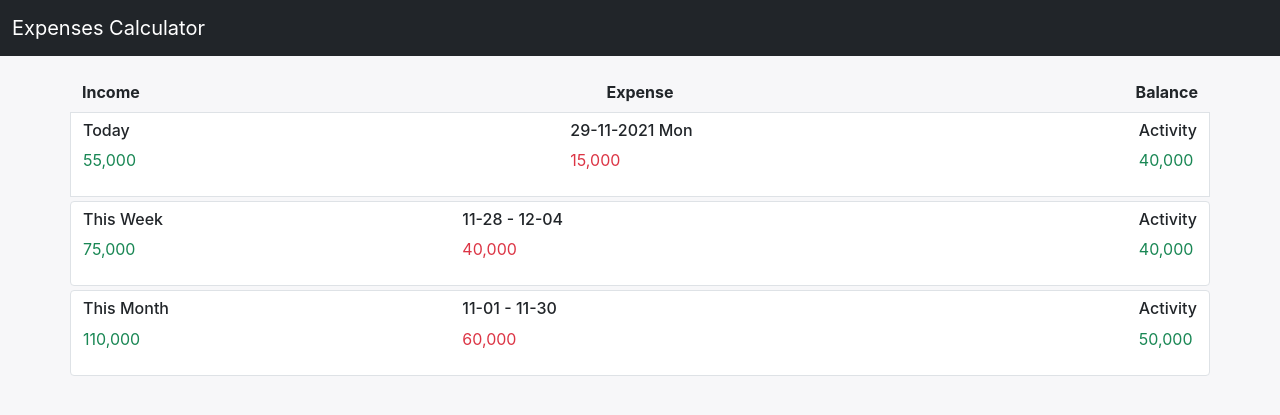
Repository: eidankhan/expenses-calculator
Page: /
These files come from the project's save history. The page is drawn as it stood at one moment and after the next save; the edit follows.
The browser window is 1280 px wide. The pictures show the whole page.
The project was rebuilt for these pictures with package versions that can differ from the ones it lists, and the page was loaded fresh each time. Also part of the build but not shown: src/components/SaveIncome.js.

Above is the page before, as saved 2021-11-29 18:24:09.

### public/index.html
<!DOCTYPE html>
<html lang="en">
  <head>
    <meta charset="utf-8" />
    <link rel="icon" href="%PUBLIC_URL%/favicon.ico" />
    <meta name="viewport" content="width=device-width, initial-scale=1" />
    <meta name="theme-color" content="#000000" />
    <meta
      name="description"
      content="Web site created using create-react-app"
    />
    <link rel="apple-touch-icon" href="%PUBLIC_URL%/logo192.png" />
    <link rel="manifest" href="%PUBLIC_URL%/manifest.json" />
    <!-- CSS only -->
    <link
      href="https://cdn.jsdelivr.net/npm/bootstrap@5.1.3/dist/css/bootstrap.min.css"
      rel="stylesheet"
      integrity="sha384-1BmE4kWBq78iYhFldvKuhfTAU6auU8tT94WrHftjDbrCEXSU1oBoqyl2QvZ6jIW3"
      crossorigin="anonymous"
    />
    <title>Shopping Cart App</title>
  </head>
  <body>
    <noscript>You need to enable JavaScript to run this app.</noscript>
    <div id="root"></div>
    <!-- JavaScript Bundle with Popper -->
    <script
      src="https://cdn.jsdelivr.net/npm/bootstrap@5.1.3/dist/js/bootstrap.bundle.min.js"
      integrity="sha384-ka7Sk0Gln4gmtz2MlQnikT1wXgYsOg+OMhuP+IlRH9sENBO0LRn5q+8nbTov4+1p"
      crossorigin="anonymous"
    ></script>
  </body>
</html>

### src/index.css
body {
  margin: 0;
  font-family: -apple-system, BlinkMacSystemFont, 'Segoe UI', 'Roboto', 'Oxygen',
    'Ubuntu', 'Cantarell', 'Fira Sans', 'Droid Sans', 'Helvetica Neue',
    sans-serif;
  -webkit-font-smoothing: antialiased;
  -moz-osx-font-smoothing: grayscale;
}

code {
  font-family: source-code-pro, Menlo, Monaco, Consolas, 'Courier New',
    monospace;
}

body{
  background-color: #F7F7F9;
}

### src/App.js
// import {
//   BrowserRouter as Router,
//   Routes,
//   Route,
// } from "react-router-dom";

import { IncomeSummary } from "./components/IncomeSummary";
import { Navbar } from "./components/Navbar";
import { SaveIncome } from "./components/SaveIncome";

function App() {
  return (
    <>
      <Navbar />
      <div className="container my-3">
        {/* <SaveIncome/> */}
        <IncomeSummary/>
      </div>
    </>
  );
}

export default App;

### src/components/IncomeSummary.js
import React from "react";

export const IncomeSummary = () => {
  return (
    <div className="my-3">
      <div className="row">
        <div className="col-md-4 my-2">
          <strong>Income</strong>
        </div>
        <div className="col-md-4 my-2 text-center">
          <strong>Expense</strong>
        </div>
        <div className="col-md-4 my-2">
          <strong className="float-end">Balance</strong>
        </div>
      </div>
      <div className="row border rounder" style={{ backgroundColor: "white" }}>
        <div className="col-md-4 my-2" m>
          <h6> Today </h6>
          <p className="text-success"> 55,000</p>
        </div>
        <div className="col-md-4 my-2">
          <div className="float-end" style={{marginRight:"125px"}}>
            <h6> 29-11-2021 Mon </h6>
            <p className="text-danger"> 15,000</p>
          </div>
        </div>
        <div className="col-md-4 my-2">
          <div className="float-end">
          <h6> Activity </h6>
          <p className="text-success"> 40,000</p>
          </div>
        </div>
      </div>
      <div
        className="row border rounded my-1"
        style={{ backgroundColor: "white" }}
      >
        <div className="col-md-4 my-2">
          <div className="cards">
            <h6> This Week </h6>
            <p className="text-success"> 75,000</p>
          </div>
        </div>
        <div className="col-md-4 my-2">
          <h6> 11-28 - 12-04 </h6>
          <p className="text-danger"> 40,000</p>
        </div>
        <div className="col-md-4 my-2">
          <div className="float-end">
            <h6> Activity </h6>
            <p className="text-success"> 40,000</p>
          </div>
        </div>
      </div>
      <div
        className="row border rounded my-1"
        style={{ backgroundColor: "white" }}
      >
        <div className="col-md-4 my-2">
          <div className="cards">
            <h6> This Month </h6>
            <p className="text-success"> 110,000</p>
          </div>
        </div>
        <div className="col-md-4 my-2">
          <h6> 11-01 - 11-30 </h6>
          <p className="text-danger"> 60,000</p>
        </div>
        <div className="col-md-4 my-2">
          <div className="float-end">
            <h6> Activity </h6>
            <p className="text-success"> 50,000</p>
          </div>
        </div>
      </div>
    </div>
  );
};

### src/components/Navbar.js
import React from "react";

export const Navbar = () => {
  return (
    <nav className="navbar navbar-dark bg-dark">
      <div className="container-fluid">
        <a className="navbar-brand" href="/" > Expenses Calculator</a>

        {/* <form className="d-flex">
          <input
            className="form-control me-2"
            type="search"
            placeholder="Search"
            aria-label="Search"
          />
          <button className="btn btn-outline-success" type="submit">
            Search
          </button>
        </form> */}

      </div>
    </nav>
  );
};

Loaded but not shown: src/index.js (common file)

After the next save:
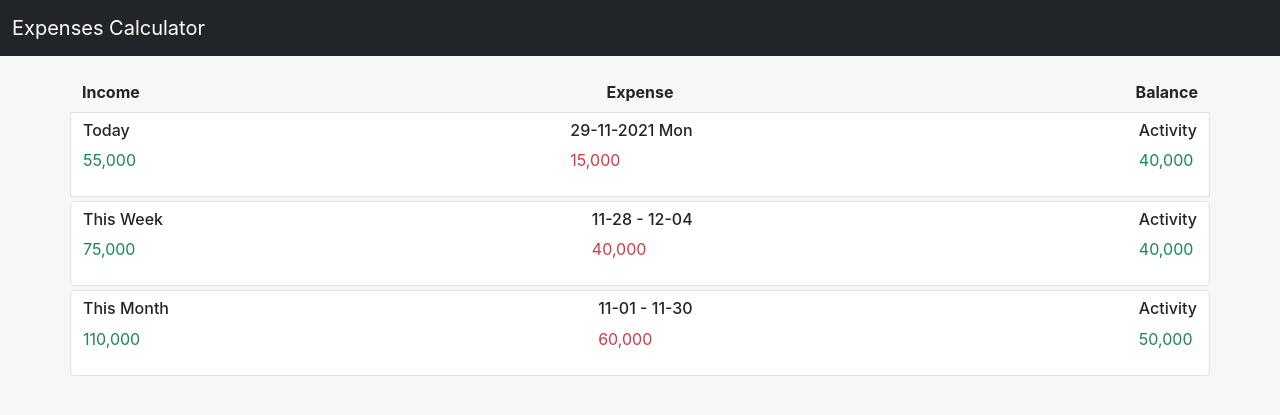
Saved 73 s later.
--- a/src/components/IncomeSummary.js
+++ b/src/components/IncomeSummary.js
@@ -43,8 +43,10 @@ export const IncomeSummary = () => {
           </div>
         </div>
         <div className="col-md-4 my-2">
-          <h6> 11-28 - 12-04 </h6>
-          <p className="text-danger"> 40,000</p>
+          <div className="float-end" style={{marginRight:"125px"}}>
+            <h6> 11-28 - 12-04 </h6>
+            <p className="text-danger"> 40,000</p>
+          </div>
         </div>
         <div className="col-md-4 my-2">
           <div className="float-end">
@@ -64,8 +66,10 @@ export const IncomeSummary = () => {
           </div>
         </div>
         <div className="col-md-4 my-2">
-          <h6> 11-01 - 11-30 </h6>
-          <p className="text-danger"> 60,000</p>
+          <div className="float-end" style={{marginRight:"125px"}}>
+            <h6> 11-01 - 11-30 </h6>
+            <p className="text-danger"> 60,000</p>
+          </div>
         </div>
         <div className="col-md-4 my-2">
           <div className="float-end">
